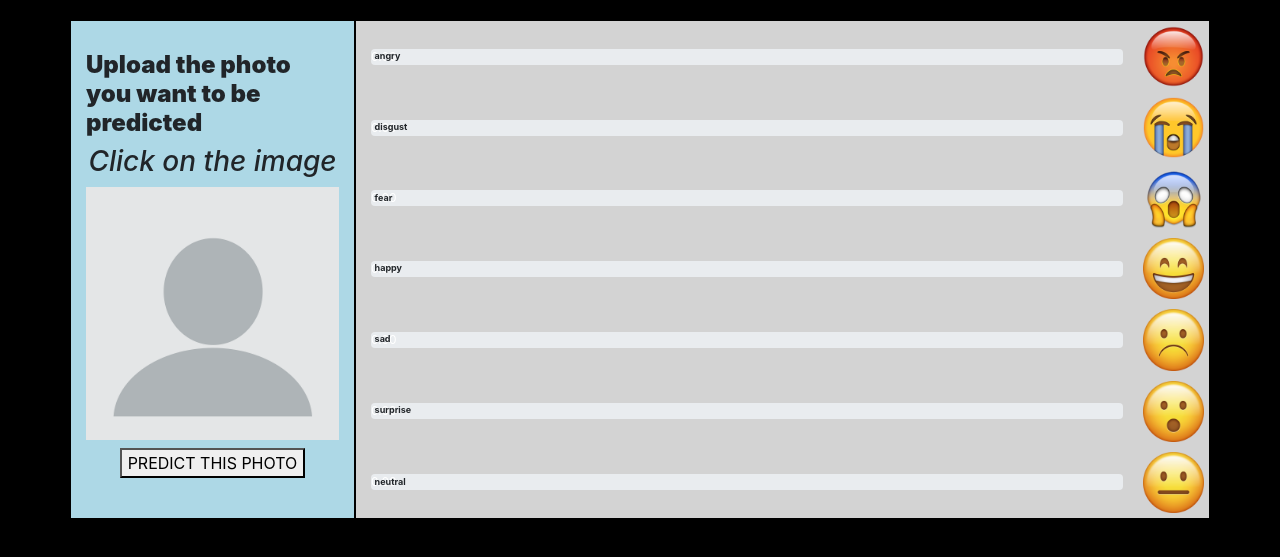
Repository: Jermaniac/TrabajoFinGradoGerman
Page: / (app in webprojectREACT/webexpresssionproject/)
The author's editor kept a copy of each file at every save. The page is drawn from the files as they stood at one save, then again after the next save.
The browser window is 1280 px wide. The pictures show the whole page.
The project was rebuilt for these pictures with package versions that can differ from the ones it lists, and the page was loaded fresh each time.

Above is the page before, as saved 2021-05-05 13:01:14.

### webprojectREACT/webexpresssionproject/public/index.html
<!DOCTYPE html>
<html lang="en">
  <head>
    <meta charset="utf-8" />
    <link rel="icon" href="%PUBLIC_URL%/favicon.ico" />
    <meta name="viewport" content="width=device-width, initial-scale=1" />
    <meta name="theme-color" content="#000000" />
    <meta
      name="description"
      content="Web site created using create-react-app"
    />
    <title>Expression App</title>
  </head>
  <body>
    <div id="root"></div>
  </body>
</html>

### webprojectREACT/webexpresssionproject/src/index.js
import React from 'react';
import ReactDOM from 'react-dom';
import App from './components/App';
import './index.css'
// Bootstrap support for React
import 'bootstrap/dist/css/bootstrap.min.css'

import { configureStore } from './redux/configureStore'
import { Provider } from 'react-redux';

const store= configureStore();

const Root = (
  <Provider store={store}>
    <App />
  </Provider>
);

const rootElement = document.getElementById('root');

ReactDOM.render(
  Root,
  rootElement
);

### webprojectREACT/webexpresssionproject/src/components/App.jsx
import React from 'react'

import InfoExpressions from './InfoComponent'

import '../styles/App.css'
import { changeExpressions, changePhoto } from '../redux/actionCreators';

import { connect } from 'react-redux'
import FormComponent from './FormComponent';

const mapStateToProps = state => {
  return {
    expressions: state.expressions,
    photo: state.photo
  }
};

const mapDispatchToProps = dispatch => ({
  changeExpressions: (expressions) => dispatch(changeExpressions(expressions)),
  changePhoto: (photo) => dispatch(changePhoto(photo))
});

class App extends React.Component {

  render () {
    return (
        <div className="container">
          <div className="row">
              <FormComponent changeExpressions={this.props.changeExpressions}
              changePhoto={this.props.changePhoto}
              photo={this.props.photo}
              ></FormComponent>
              <InfoExpressions  expressions={this.props.expressions} ></InfoExpressions>
          </div>
        </div>
    );
  }

}

export default ( connect ( mapStateToProps, mapDispatchToProps )( App ))

### webprojectREACT/webexpresssionproject/src/redux/configureStore.js

import { createStore, combineReducers} from 'redux';
import { expressions } from './expressions'
import { photo } from './photo'

const combination = combineReducers({
    expressions,
    photo
});

export const configureStore = () => {

    const store = createStore(
        combination,
        // activate redux dev tools in browser
        window.__REDUX_DEVTOOLS_EXTENSION__ && window.__REDUX_DEVTOOLS_EXTENSION__()

    );

    return store;
}

### webprojectREACT/webexpresssionproject/src/components/InfoComponent.jsx
import React from 'react';
import '../styles/InfoComponent.css'

function InfoComponent({ expressions }) {

  if (expressions) {
    let expressionsFormatted = formatProbabilities(expressions);

    return (
    <div className="col-12 col-md-8 col-lg-9" id="info">
        {
        expressionsFormatted.map((expression) => {
          let emojiSrc = `./assets/images/emoji_${expression.mood}.png`;
          return (
            <div className="row" key={expression.mood}>
              <div className="col-11">
                <div className="progress">
                  <div
                    id="barra"
                    className="progress-bar"
                    aria-valuemin="0"
                    aria-valuemax="100"
                    style={{ width: expression.probability + "%" }}
                  >
                    {expression.probability}
                  </div>
                  <span className="badge">{expression.mood}</span>
                </div>
              </div>
              <div className="col-1" id="imageEmoji">
                <img
                  src={emojiSrc}
                  alt="emoji"
                ></img>
              </div>
            </div>
          );
        })
        }
      </div>
    // <div></div>
    );
  } else {
    return (
          <div>
          </div>
    );
  }
}

function formatProbabilities(expressions){
    return expressions.map( (expression) => {
        return  {
            mood: expression.mood,
            probability: (expression.probability * 100).toFixed(2)
        }

    })

}

export default InfoComponent;

### webprojectREACT/webexpresssionproject/src/styles/App.css
.container {
    padding: 20px;
}

### webprojectREACT/webexpresssionproject/src/redux/actionCreators.js
import * as ActionTypes from './actionTypes'

export const changeExpressions = (expressions) => ({
    type: ActionTypes.CHANGE_EXPRESSIONS,
    payload: {
        expressions: expressions
    }
});

export const changePhoto = (photo) => ({
    type: ActionTypes.CHANGE_PHOTO,
    payload: {
        photoUrl: URL.createObjectURL(photo)
    }
})

### webprojectREACT/webexpresssionproject/src/components/FormComponent.jsx
import { useState } from 'react';
import ImageUploadService from '../services/image-upload.service';
import '../styles/FormComponent.css'

function FormComponent({ changeExpressions, changePhoto, photo }) {

  const [getPhotoFile, setPhotoFile] = useState();

  const selectPhoto = (event) => {
    const photoSelect = event.target.files[0];
    setPhotoFile(photoSelect);
    changePhoto(photoSelect);
  };

  const requestPredict = () => {
    ImageUploadService.getMood(getPhotoFile).then((response) => {
      if (response) {
        console.log("Call API success!");
        changeExpressions(response.expressions);
      } else {
        console.log("Call API failed.");
      }
    });
  };

  return (
    <div className="col-12 col-md-4 col-lg-3" id="form">
      <div className="row">
        <h2>Upload the photo you want to be predicted</h2>
      </div>
      <div className="row">
        <h3>Click on the image</h3>
      </div>
      <div className="row">
        <label htmlFor="photo">
          <input
            type="file"
            name="photo"
            id="photo"
            accept="image/*"
            style={{ display: "none" }}
            onChange={selectPhoto}
          ></input>
          <img src={photo.photoUrl} alt="blankPic"></img>
        </label>
      </div>
      <div className="row">
        <button id="buttonSubmit" onClick={requestPredict}>
          PREDICT THIS PHOTO
        </button>
      </div>
    </div>
  );
}

export default FormComponent;

### webprojectREACT/webexpresssionproject/src/redux/expressions.js
import { EXPRESSIONS } from '../shared/expressions';
import * as ActionTypes from './actionTypes'

export const expressions = ( state = EXPRESSIONS, action ) => {
    switch (action.type) {
        case ActionTypes.CHANGE_EXPRESSIONS:
            let expressions = action.payload.expressions;
            return expressions;
        default:
            return state;
    }
};

### webprojectREACT/webexpresssionproject/src/redux/photo.js
import { PHOTO } from '../shared/photo';
import * as ActionTypes from './actionTypes'

export const photo = ( state = PHOTO, action ) => {
    switch (action.type) {
        case ActionTypes.CHANGE_PHOTO:
            let photo = action.payload;
            return photo;
        default:
            return state;
    }
};

### webprojectREACT/webexpresssionproject/src/styles/InfoComponent.css
.container-fluid {
    display: grid;
}
.col-11 {
    align-self: center;
}

### webprojectREACT/webexpresssionproject/src/redux/actionTypes.js
export const CHANGE_EXPRESSIONS = 'CHANGE_EXPRESSIONS'
export const CHANGE_PHOTO = 'CHANGE_PHOTO'

### webprojectREACT/webexpresssionproject/src/services/image-upload.service.js

const keyFile = "photo";
const urlApi =  "http://ec2-3-235-24-57.compute-1.amazonaws.com:9004/getMood";

class ImageUploadService {

  getMood(file) {

    const formData = new FormData();
    formData.append(keyFile, file);

    return fetch(urlApi, {
      method: "POST",
      body: formData,
    })
      .then((response) => response.json())
      .then((data) => {
        return data;
      })
      .catch((error) => console.error(error));
  }

}

export default new ImageUploadService();

### webprojectREACT/webexpresssionproject/src/styles/FormComponent.css

#form {
    background-color: lightblue;
    padding:30px;
    border: 1px solid black;
}
#imageEmoji {
    padding: 5px;
}

#info {
    background-color: lightgrey;
    display: grid;
    border: 1px solid black;
}
#form > .row {
    justify-content: center;
}

#form > .row > h2,h3{
    font-weight: 900;
    font-size: x-large;
}
#form > .row > h2{
    font-style: initial;
}
#form >.row > h3{
    font-style: italic;
}

img {
    width: 100%;
}

### webprojectREACT/webexpresssionproject/src/shared/expressions.js
export const EXPRESSIONS =
    [
        {
            mood: "angry",
            probability: 0.0
        },
        {
            mood: "disgust",
            probability: 0.0
        },
        {
            mood: "fear",
            probability: 0.0
        },
        {
            mood: "happy",
            probability: 0.0
        },
        {
            mood: "sad",
            probability: 0.0
        },
        {
            mood: "surprise",
            probability: 0.0
        },
        {
            mood: "neutral",
            probability: 0.0
        }
];

### webprojectREACT/webexpresssionproject/src/shared/photo.js
export const PHOTO =
    {
        photoUrl: "assets/images/blankPhoto.png"
    }

Loaded but not shown: webprojectREACT/webexpresssionproject/src/index.css (common file)

After the next save:
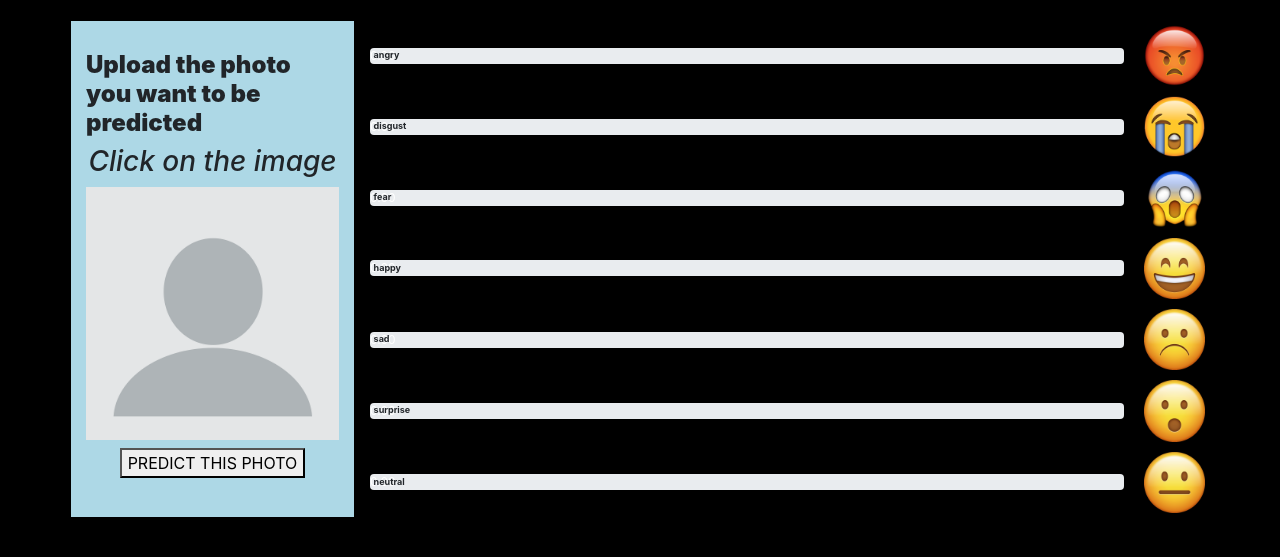
Saved 45 s later.
--- a/webprojectREACT/webexpresssionproject/src/styles/FormComponent.css
+++ b/webprojectREACT/webexpresssionproject/src/styles/FormComponent.css
@@ -8,11 +8,6 @@
     padding: 5px;
 }
 
-#info {
-    background-color: lightgrey;
-    display: grid;
-    border: 1px solid black;
-}
 #form > .row {
     justify-content: center;
 }

After the save that followed:
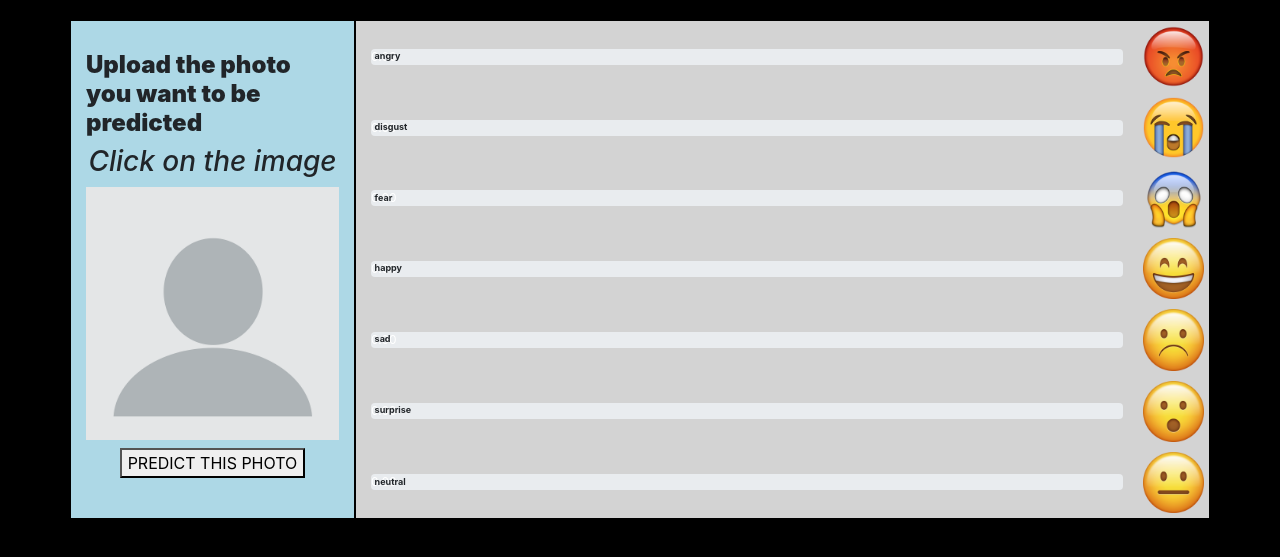
Saved 3 s later.
--- a/webprojectREACT/webexpresssionproject/src/styles/InfoComponent.css
+++ b/webprojectREACT/webexpresssionproject/src/styles/InfoComponent.css
@@ -4,3 +4,9 @@
 .col-11 {
     align-self: center;
 }
+
+#info {
+    background-color: lightgrey;
+    display: grid;
+    border: 1px solid black;
+}
